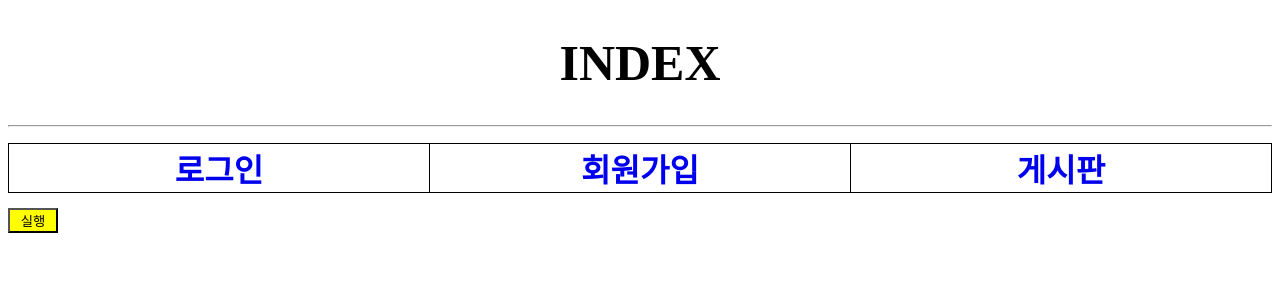
Repository: jeonghyunseok/GMSUI
Page: GMSUI/WebContent/index.html
The author's editor kept a copy of each file at every save. The page is drawn from the files as they stood at one save, then again after the next save.
The browser window is 1280 px wide. The pictures show the whole page.

Above is the page before, as saved 2017-07-19 06:30:33.

After the next save:
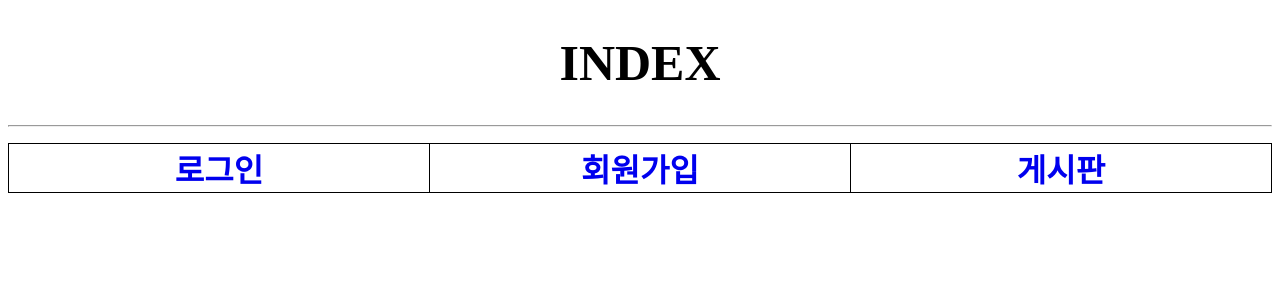
Saved 21 s later.
--- a/GMSUI/WebContent/index.html
+++ b/GMSUI/WebContent/index.html
@@ -27,6 +27,5 @@
 			<td></td>
 		</tr>
 	</table>
-	<button style="background-color:yellow;width: 50px" onclick="window.location.href='../index.html'">실행</button>
 </body>
 </html>
